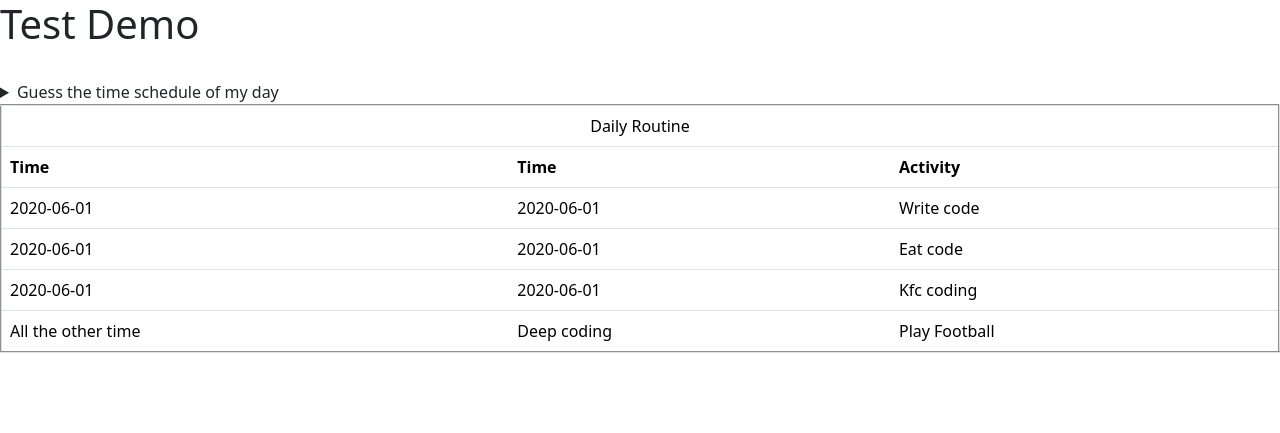
Repository: cavidk/taco_shop-web
Page: html basics/index.html
These files come from the project's save history. The page is drawn as it stood at one moment and after the next save; the edit follows.
The browser window is 1280 px wide. The pictures show the whole page.

Above is the page before, as saved 2024-06-07 16:53:04.

After the next save:
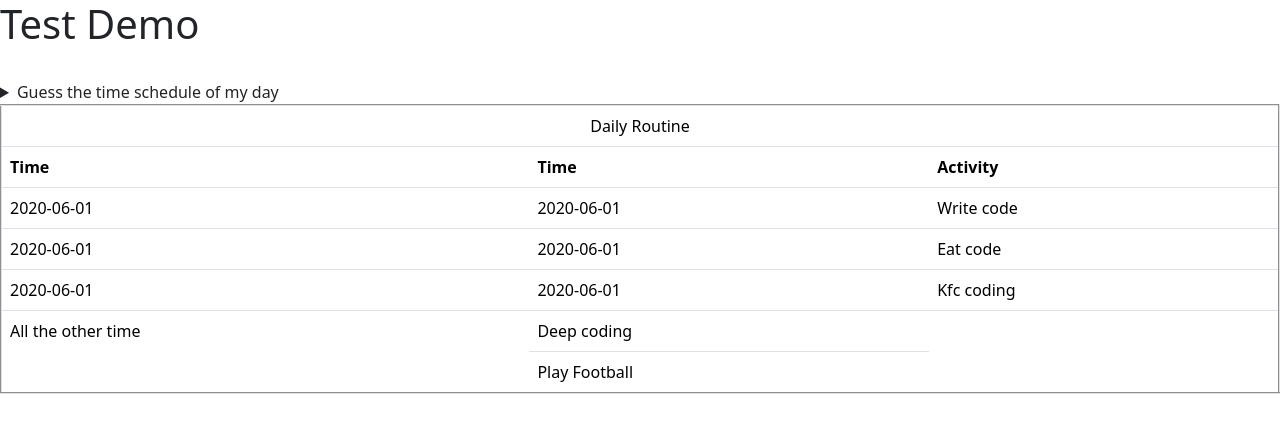
Saved 45 s later.
--- a/html basics/index.html
+++ b/html basics/index.html
@@ -64,9 +64,10 @@
          <td rowspan="2" >
             All the
             other time
+            <td>Deep coding</td>
          </td>
-         <td>Deep coding</td>
-         <td>Play Football</td>
+         <tr>
+            <td>Play Football</td>
          </tr>
       </tr>
    </table>
